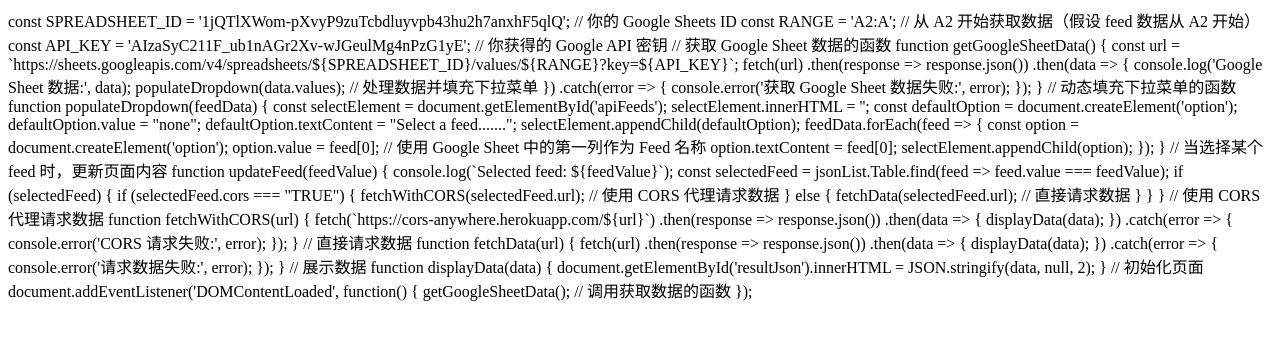
Repository: priyankadas1109/planet
Page: view/index.html
An editor plug-in stored every save of this project. The page is shown before and after a run of saves, followed by the edit.
The browser window is 1280 px wide. The pictures show the whole page.

Above is the page before, as saved 2025-02-14 12:50:39.

### view/index.html
const SPREADSHEET_ID = '1jQTlXWom-pXvyP9zuTcbdluyvpb43hu2h7anxhF5qlQ';  // 你的 Google Sheets ID
const RANGE = 'A2:A';  // 从 A2 开始获取数据（假设 feed 数据从 A2 开始）
const API_KEY = 'AIzaSyC211F_ub1nAGr2Xv-wJGeulMg4nPzG1yE';  // 你获得的 Google API 密钥

// 获取 Google Sheet 数据的函数
function getGoogleSheetData() {
    const url = `https://sheets.googleapis.com/v4/spreadsheets/${SPREADSHEET_ID}/values/${RANGE}?key=${API_KEY}`;

    fetch(url)
        .then(response => response.json())
        .then(data => {
            console.log('Google Sheet 数据:', data);
            populateDropdown(data.values); // 处理数据并填充下拉菜单
        })
        .catch(error => {
            console.error('获取 Google Sheet 数据失败:', error);
        });
}

// 动态填充下拉菜单的函数
function populateDropdown(feedData) {
    const selectElement = document.getElementById('apiFeeds');
    selectElement.innerHTML = '';

    const defaultOption = document.createElement('option');
    defaultOption.value = "none";
    defaultOption.textContent = "Select a feed.......";
    selectElement.appendChild(defaultOption);

    feedData.forEach(feed => {
        const option = document.createElement('option');
        option.value = feed[0];  // 使用 Google Sheet 中的第一列作为 Feed 名称
        option.textContent = feed[0];
        selectElement.appendChild(option);
    });
}

// 当选择某个 feed 时，更新页面内容
function updateFeed(feedValue) {
    console.log(`Selected feed: ${feedValue}`);

    const selectedFeed = jsonList.Table.find(feed => feed.value === feedValue);

    if (selectedFeed) {
        if (selectedFeed.cors === "TRUE") {
            fetchWithCORS(selectedFeed.url); // 使用 CORS 代理请求数据
        } else {
            fetchData(selectedFeed.url); // 直接请求数据
        }
    }
}

// 使用 CORS 代理请求数据
function fetchWithCORS(url) {
    fetch(`https://cors-anywhere.herokuapp.com/${url}`)
        .then(response => response.json())
        .then(data => {
            displayData(data);
        })
        .catch(error => {
            console.error('CORS 请求失败:', error);
        });
}

// 直接请求数据
function fetchData(url) {
    fetch(url)
        .then(response => response.json())
        .then(data => {
            displayData(data);
        })
        .catch(error => {
            console.error('请求数据失败:', error);
        });
}

// 展示数据
function displayData(data) {
    document.getElementById('resultJson').innerHTML = JSON.stringify(data, null, 2);
}

// 初始化页面
document.addEventListener('DOMContentLoaded', function() {
    getGoogleSheetData();  // 调用获取数据的函数
});

After the next 2 saves:
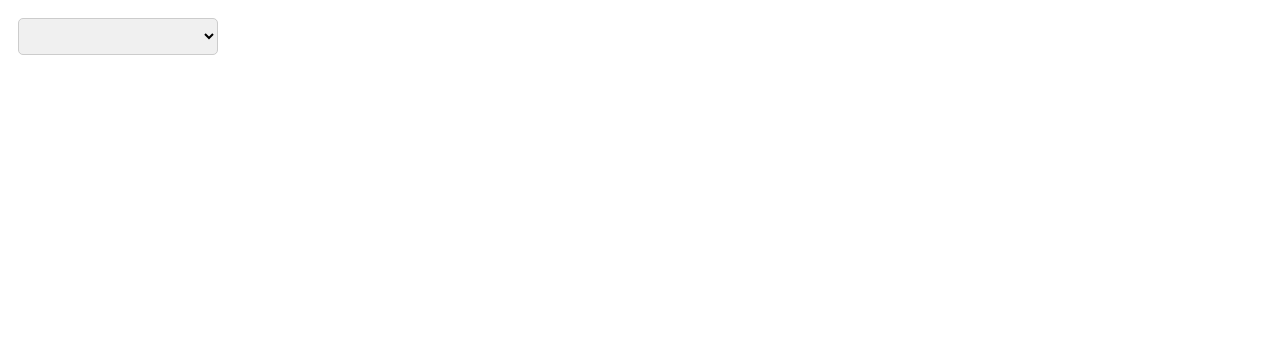
The 2 saves are shown as one change because they came seconds apart.
The last was saved 20 s later.
--- a/view/index.html
+++ b/view/index.html
@@ -1,3 +1,62 @@
+<!DOCTYPE html>
+<html lang="en-us">
+<head>
+  <meta charset="utf-8">
+  <meta name="viewport" content="width=device-width, initial-scale=1.0">
+  <title>Feed View</title>
+
+  <!-- 直接在页面头部嵌入样式 -->
+  <style>
+    /* 下拉菜单的样式 */
+    #apiFeeds {
+      width: 200px;
+      padding: 8px;
+      font-size: 16px;
+      margin: 10px;
+      background-color: #f0f0f0;
+      border-radius: 5px;
+      border: 1px solid #ccc;
+    }
+
+    /* 基础表格样式 */
+    table {
+      width: 100%;
+      border-collapse: collapse;
+    }
+
+    th, td {
+      padding: 10px;
+      border: 1px solid #ddd;
+      text-align: left;
+    }
+
+    th {
+      background-color: #f4f4f4;
+    }
+
+    /* 响应式设计：小屏幕下适应 */
+    @media (max-width: 760px) {
+      table, th, td {
+        display: block;
+        width: 100%;
+      }
+      td {
+        border-bottom: 1px solid #ddd;
+      }
+    }
+  </style>
+</head>
+<body>
+
+
+  <select id="apiFeeds" onchange="updateFeed(this.value)">
+  </select>
+
+  <div id="resultJson"></div>
+  <div id="resultFull"></div>
+
+
+  <script>
 const SPREADSHEET_ID = '1jQTlXWom-pXvyP9zuTcbdluyvpb43hu2h7anxhF5qlQ';  // 你的 Google Sheets ID
 const RANGE = 'A2:A';  // 从 A2 开始获取数据（假设 feed 数据从 A2 开始）
 const API_KEY = 'AIzaSyC211F_ub1nAGr2Xv-wJGeulMg4nPzG1yE';  // 你获得的 Google API 密钥
